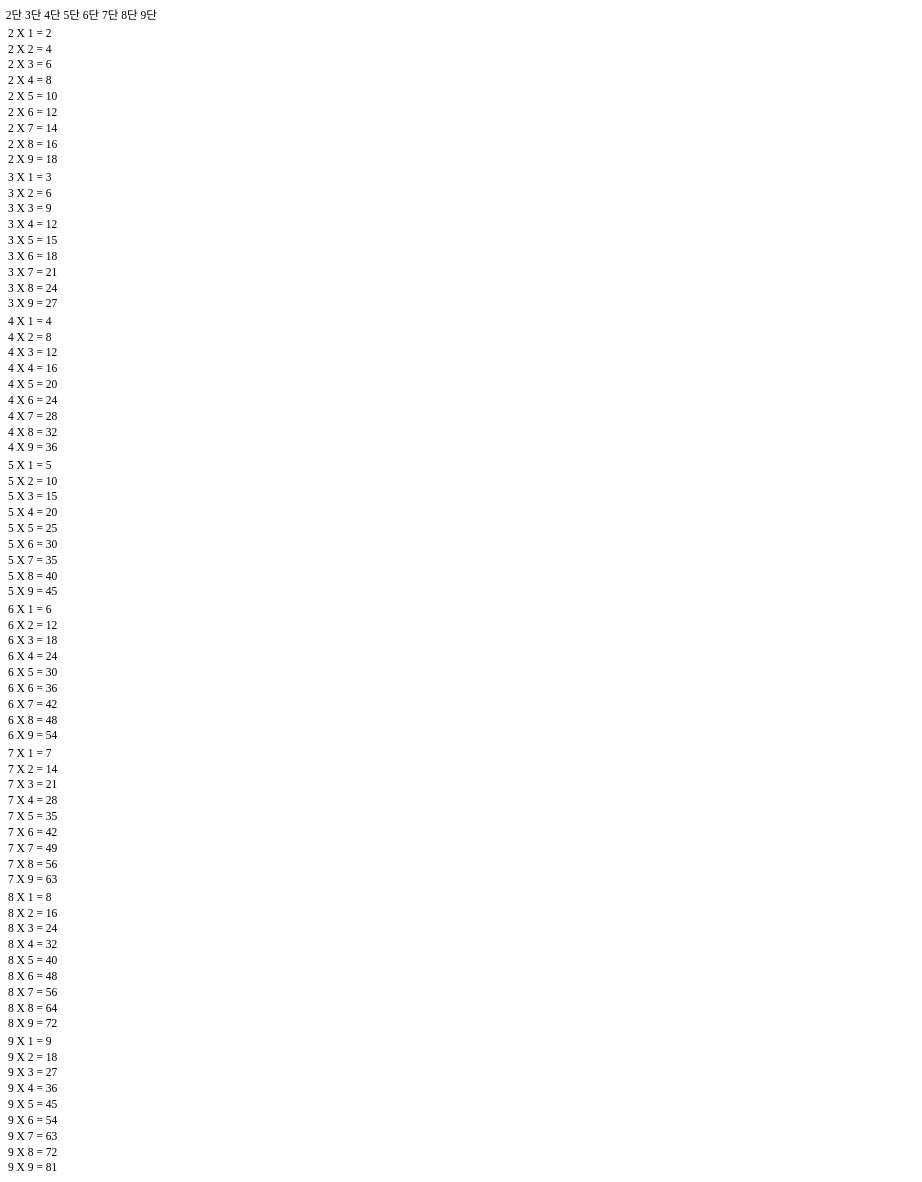
Repository: zodib0123/kdt_jsp
Page: http://localhost/MustHaveJSP/Mission/Gugudan1.jsp
The author's editor kept a copy of each file at every save. The page is drawn from the files as they stood at one save, then again after the next save.
The browser window is 1280 px wide. The pictures show the whole page, at 72% of full size.
The page is served by Tomcat 10.

Above is the page before, as saved 2025-09-22 08:04:31.

After the next save:
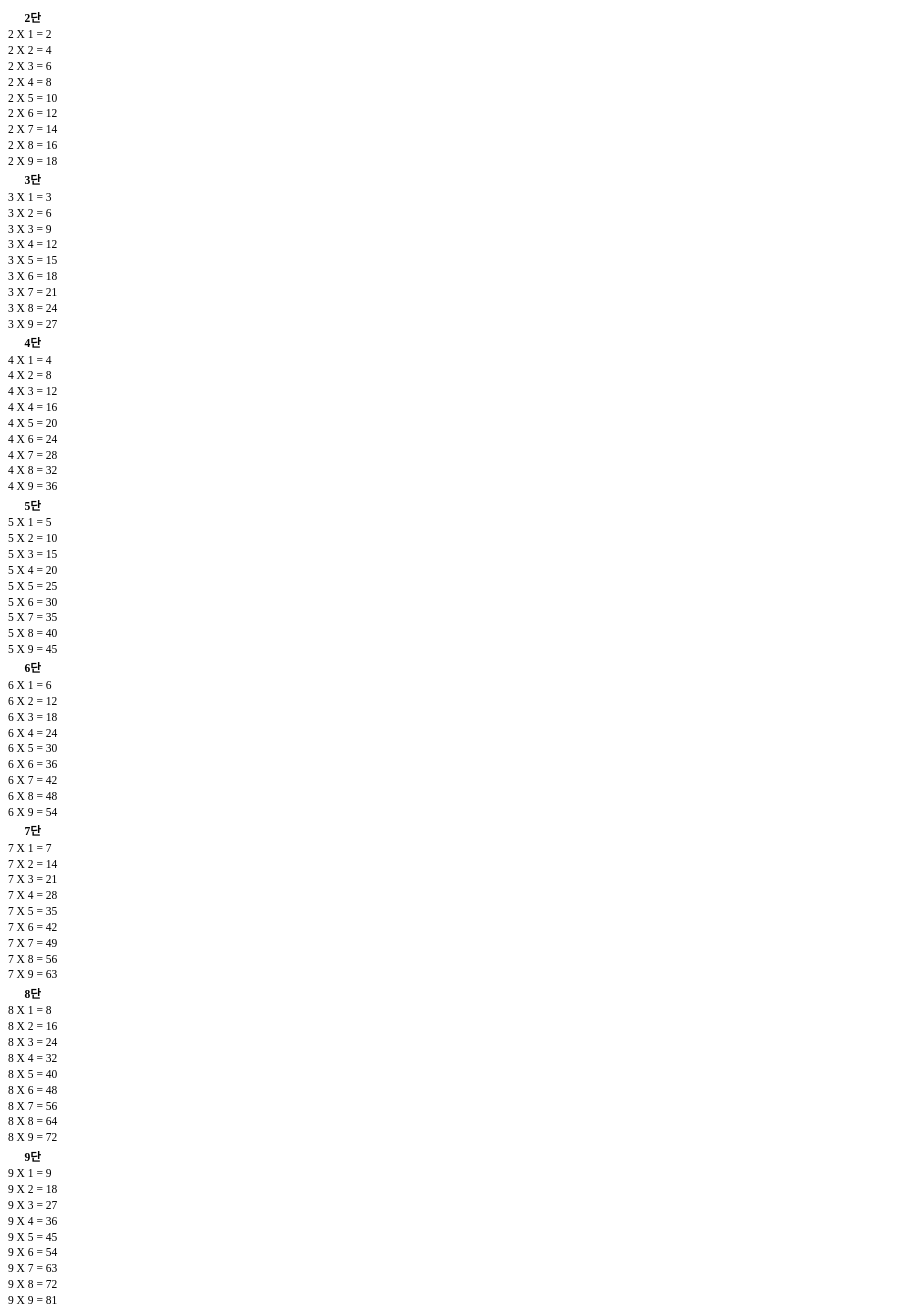
Saved 6 s later.
--- a/MustHaveJSP/src/main/webapp/Mission/Gugudan1.jsp
+++ b/MustHaveJSP/src/main/webapp/Mission/Gugudan1.jsp
@@ -24,7 +24,7 @@ public void gugudan(int n) {
 <table>
 <%
 for (int i = 2; i < 10; i++) {
-	out.println("<tr>" + i + "단 </tr>");
+	out.println("<th>" + i + "단 </th>");
 
 	for (int j = 1; j < 10; j++) {
 		out.println("<tr><td>" + i + " X " + j + " = " + j * i + "</td></tr>");
